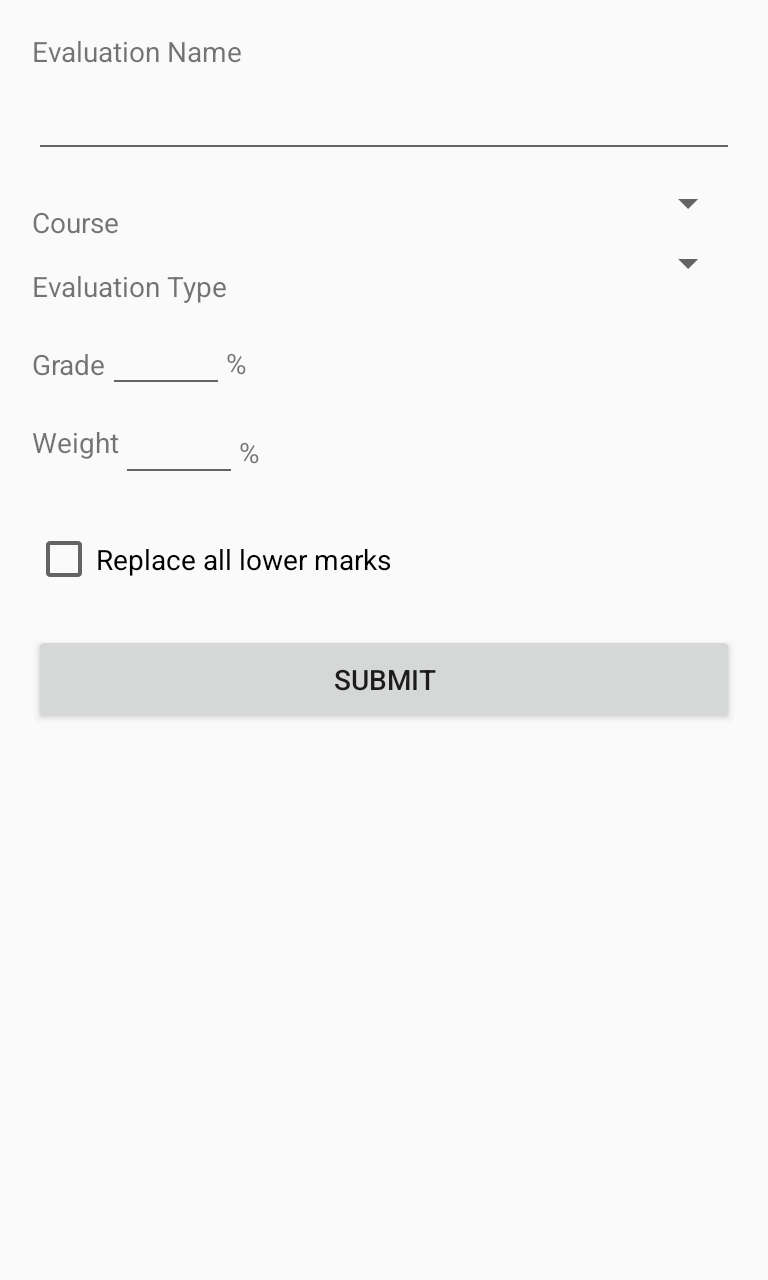
Repository: Tenergy05/GradePlanner
Layout: GradePlanner/res/layout/activity_add_mark.xml
These files come from the project's save history. The layout is drawn as it stood at one moment and after the next save; the edit follows.
It is drawn on a 768 x 1280 px phone screen (xhdpi) without system bars, with theme AppTheme; the app's code is not run.

Above is the layout before, as saved 2015-01-01 23:38:58.

After the next save:
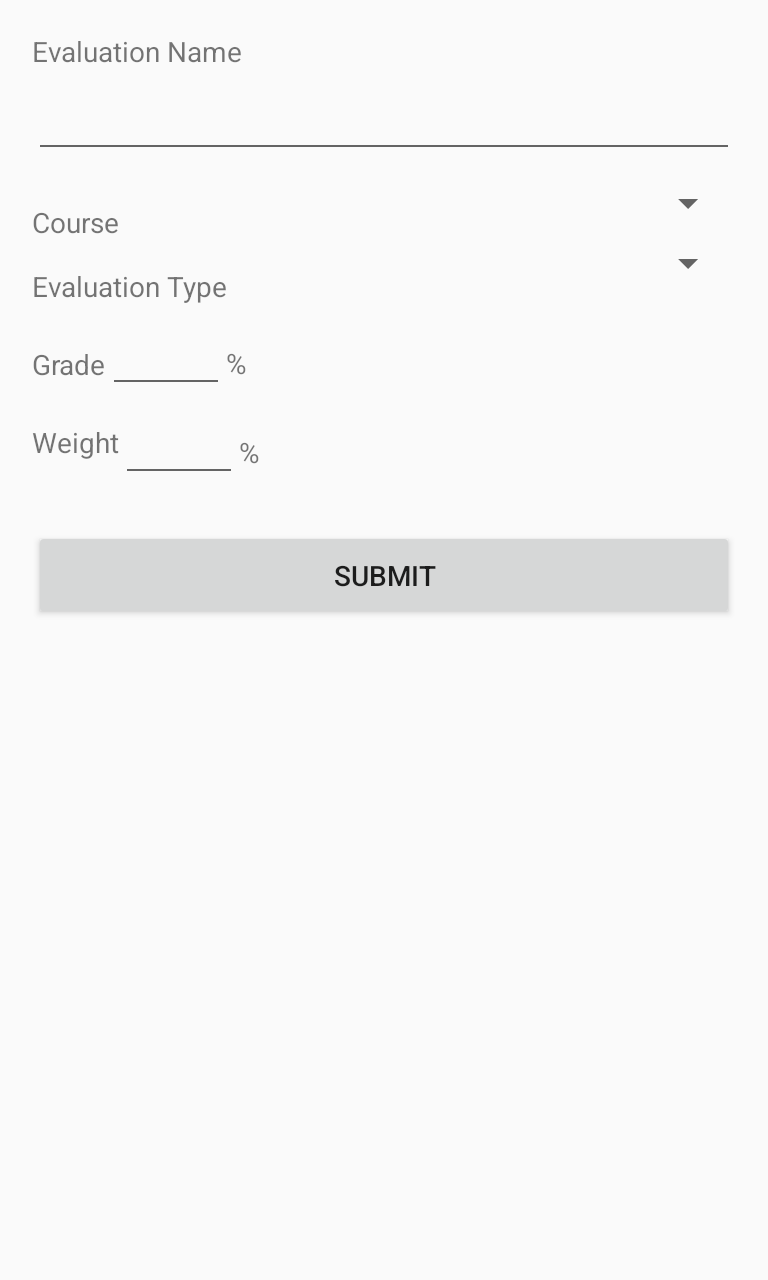
Saved 74 s later.
--- a/GradePlanner/res/layout/activity_add_mark.xml
+++ b/GradePlanner/res/layout/activity_add_mark.xml
@@ -122,26 +122,15 @@
         android:layout_toRightOf="@+id/editText3"
         android:text="@string/percentage" />
 
-
-    <CheckBox
-        android:id="@+id/checkBox1"
-        android:layout_width="wrap_content"
-        android:layout_height="wrap_content"
-        android:layout_alignLeft="@+id/textView5"
-        android:layout_below="@+id/editText3"
-        android:layout_marginTop="20dp"
-        android:text="@string/special_type" />
-
     <Button
         android:id="@+id/button1"
         android:layout_width="wrap_content"
         android:layout_height="wrap_content"
         android:layout_alignParentLeft="true"
         android:layout_alignParentRight="true"
-        android:layout_below="@+id/checkBox1"
+        android:layout_below="@+id/editText3"
         android:layout_marginTop="20dp"
-        android:text="@string/submit"
-        android:onClick="submitMark"/>
-
+        android:onClick="submitMark"
+        android:text="@string/submit" />
 
 </RelativeLayout>
